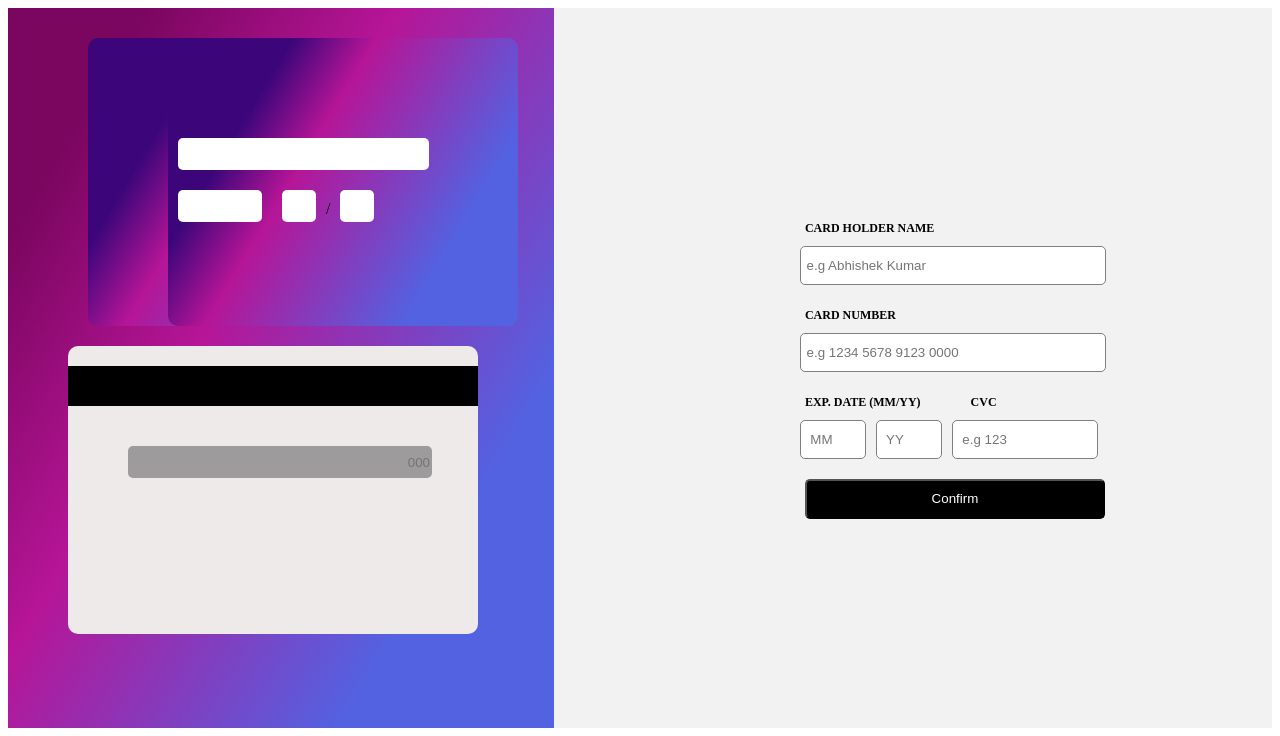
Repository: Abhi2359/frontendchallenge-1
Page: /
An editor plug-in stored every save of this project. The page is shown before and after the next save, followed by the edit.
The browser window is 1280 px wide. The pictures show the whole page.
The project was rebuilt for these pictures with package versions that can differ from the ones it lists, and the page was loaded fresh each time.

Above is the page before, as saved 2023-02-15 20:47:39.

After the next save:
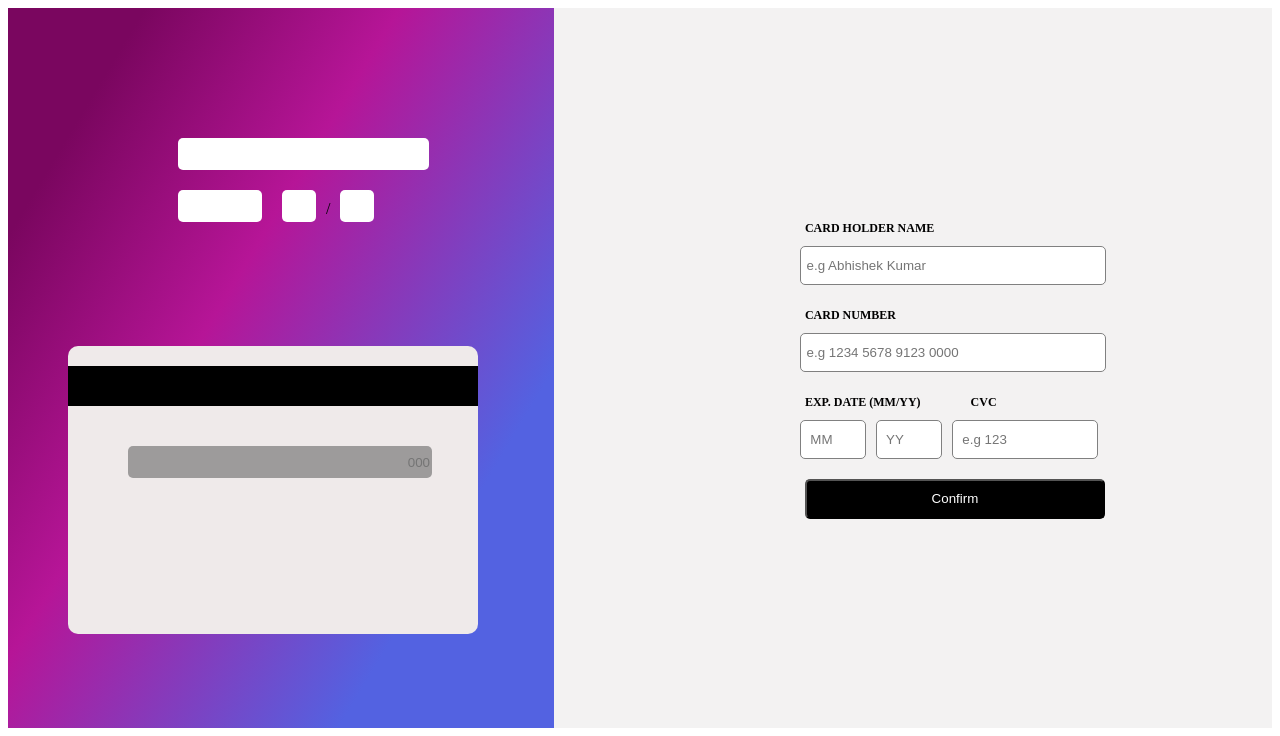
Saved 18 s later.
--- a/src/components/Cards/Card1.css
+++ b/src/components/Cards/Card1.css
@@ -1,7 +1,6 @@
 .card1 {
 
-  background: rgb(60,6,122);
-background: linear-gradient(121deg, rgba(60,6,122,1) 24%, rgba(182,21,151,1) 40%, rgba(83,98,225,1) 78%);
+
   height: 40vh;
   width: 350px;
   border-radius: 10px;
